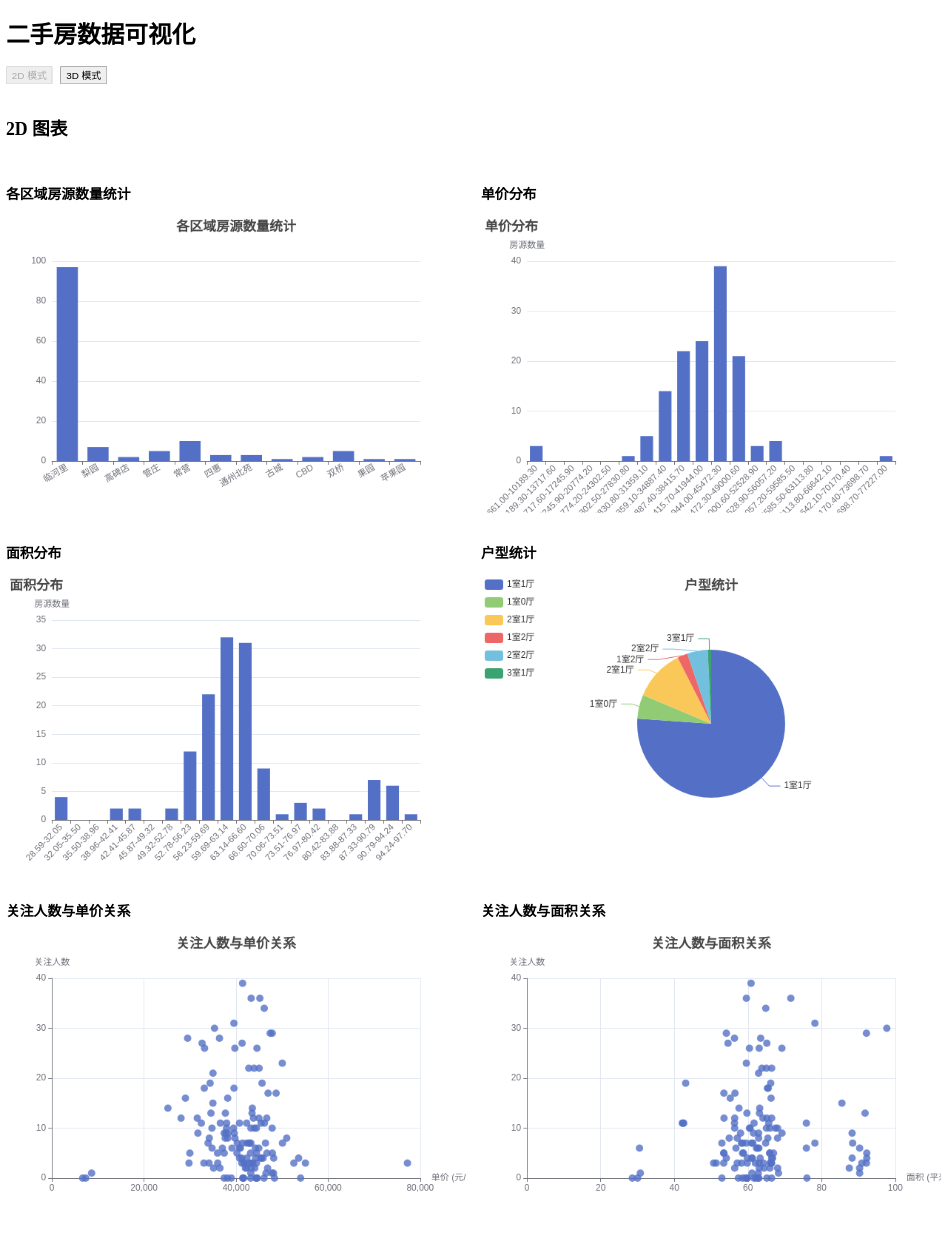
Repository: sakimi-9/DPV-SHP_BeiJing
Page: / (app in py_crawler/rendering/)
These files come from the project's save history. The page is drawn as it stood at one moment and after the next save; the edit follows.
The browser window is 1280 px wide. The pictures show the whole page, at 74% of full size.
The project was rebuilt for these pictures with package versions that can differ from the ones it lists, and the page was loaded fresh each time. Also part of the build but not shown: py_crawler/rendering/vite.config.ts, py_crawler/rendering/src/components/ThreeDVisualization.vue.

Above is the page before, as saved 2025-05-22 14:48:58.

After the next save:
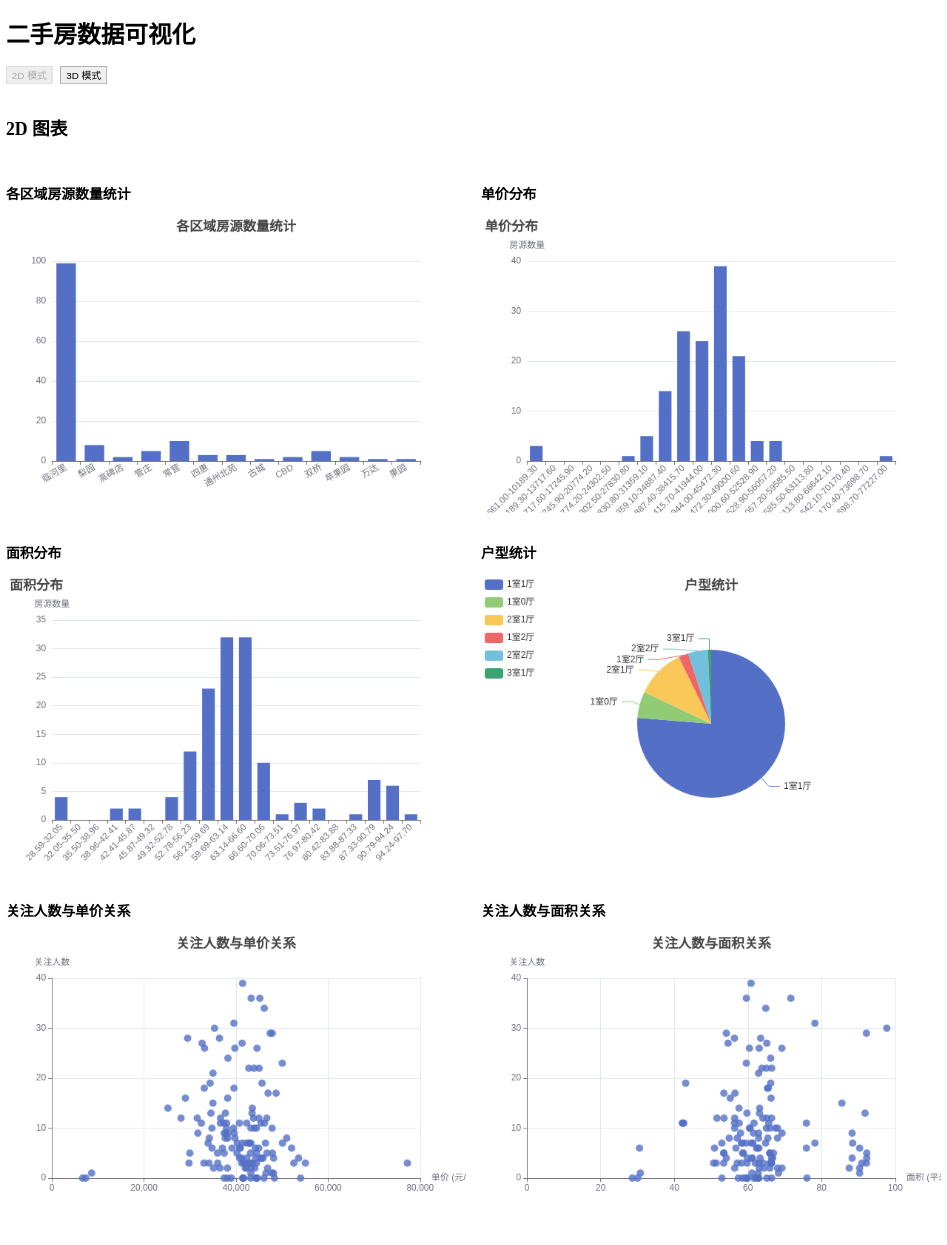
Saved 2 min 34 s later.
--- a/py_crawler/rendering/public/area_coordinates.json
+++ b/py_crawler/rendering/public/area_coordinates.json
@@ -294,5 +294,37 @@
             "lng": 116.689543,
             "lat": 39.874321
         }
+    },
+    {
+        "name": "花涧溪",
+        "region": "临河里",
+        "location": {
+            "lng": 116.691843,
+            "lat": 39.872156
+        }
+    },
+    {
+        "name": "新城嘉园",
+        "region": "梨园",
+        "location": {
+            "lng": 116.663752,
+            "lat": 39.882943
+        }
+    },
+    {
+        "name": "苹果园小区二区",
+        "region": "苹果园",
+        "location": {
+            "lng": 116.182936,
+            "lat": 39.925432
+        }
+    },
+    {
+        "name": "鼎晟国际",
+        "region": "万达",
+        "location": {
+            "lng": 116.484567,
+            "lat": 39.906543
+        }
     }
 ]
